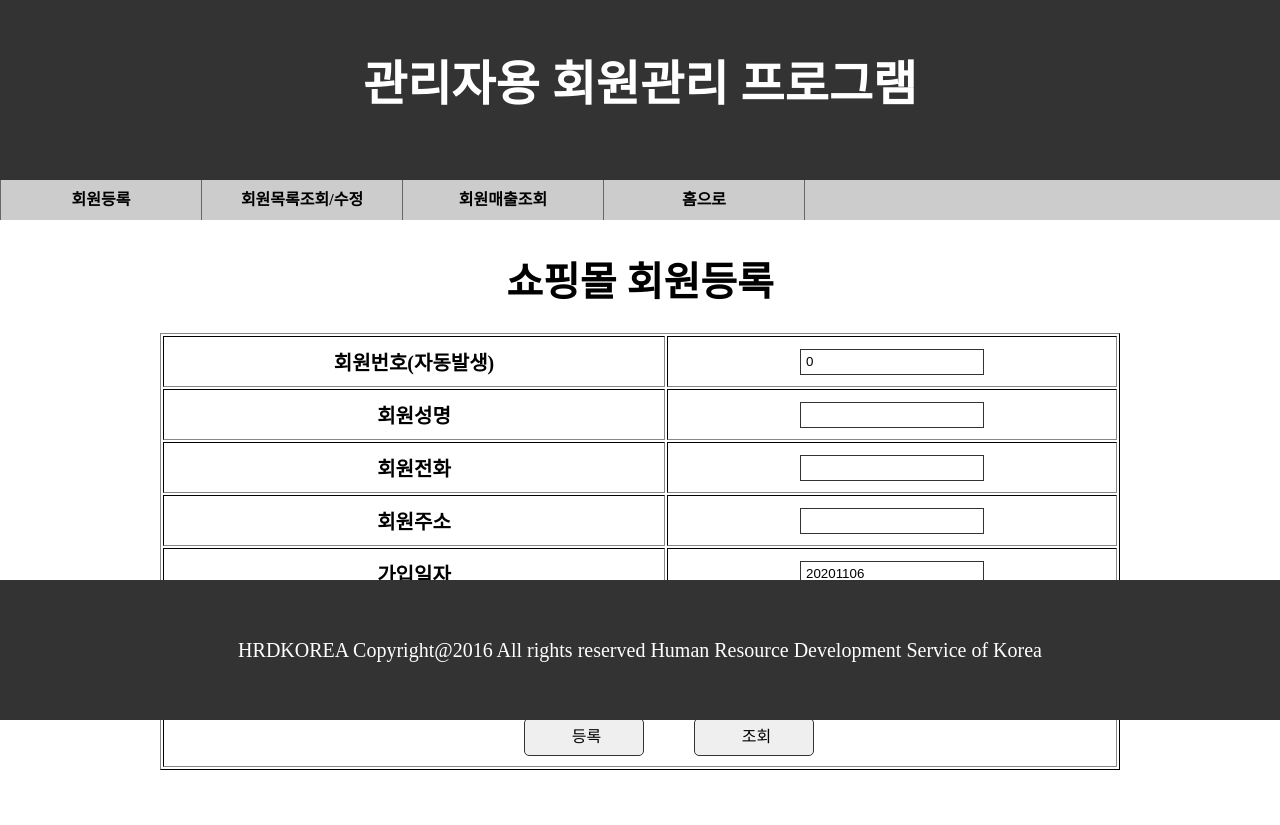
Repository: jsky1234/NCS
Page: http://localhost/HRD_1/memberIns.jsp
An editor plug-in stored every save of this project. The page is shown before and after the next save, followed by the edit.
The browser window is 1280 px wide. The pictures show the whole page.
The page is served by Tomcat 9. Queries for data that is not in the repository find no rows.

Above is the page before, as saved 2020-11-11 11:06:00.
Console error: ReferenceError: form is not defined

### ncs1/HRD_1/WebContent/memberIns.jsp
<%@ page language="java" contentType="text/html; charset=UTF-8"
    pageEncoding="UTF-8"%>
<%@ page import="java.sql.PreparedStatement" %>
<%@ page import="java.sql.DriverManager" %>
<%@ page import="java.sql.Connection" %>
<%@ page import="java.sql.ResultSet" %>
<%@ page import="DBPKG.DBcon" %>
<%@ page import="java.util.*, java.text.*" %>
<%@ include file="admin_header.jsp" %>
<link rel="stylesheet" href="./css/table.css" />
<style>
.btn {display: block; float: left; width: 120px; line-height: 36px; text-align: center; font-size:16px; margin-right: 25px; margin-left: 25px; padding-left: -5px; border-radius: 5px ;}
.btn:first-child { margin-left: 350px;}
input, select { border: 1px solid #333; line-height: 24px; padding-left: 5px;}
</style>
<%@ include file="admin_nav.jsp" %>
<%
request.setCharacterEncoding("utf-8");

Connection conn = null;
PreparedStatement pstmt = null;
ResultSet rs;

Date date = new Date();
SimpleDateFormat simple = new SimpleDateFormat("yyyyMMdd");
String sdate = simple.format(date);

	try {
		conn = DBcon.getConnection();
		String sql = "SELECT * FROM member_tbl_02 ORDER BY custno DESC";
		pstmt = conn.prepareStatement(sql);
		rs = pstmt.executeQuery();

		int i = 0, num = 0;
		while(rs.next()) {
			num = rs.getInt("custno");
			i++;
			num++;
			if(i > 0) break;
		}
%>
<main class="content">
	<section class="page" id="page1">
		<h2 class="page_tit">쇼핑몰 회원등록</h2>
		<div class="main_help">
			<form name="register1" id="register1" action="memberInsPro.jsp" method="get">
				<table class="tb" border="1">
					<tbody>
						<tr>
							<th><label for="custno">회원번호(자동발생)</label></th>
							<td><input type="text" name="custno" id="custno" value="<%=num%>" /></td>
						</tr>
						<tr>
							<th><label for="custname">회원성명</label></th>
							<td><input type="text" name="custname" id="custname" /></td>
						</tr>
						<tr>
							<th><label for="phone">회원전화</label></th>
							<td><input type="text" name="phone" id="phone" /></td>
						</tr>
						<tr>
							<th><label for="address">회원주소</label></th>
							<td><input type="text" name="address" id="address" /></td>
						</tr>
						<tr>
							<th><label for="joindate">가입일자</label></th>
							<td><input type="text" name="joindate" id="joindate" value="<%=sdate%>" /></td>
						</tr>
						<tr>
							<th><label for="grade">고객등급(A:VIP, B:일반, C:직원)</label></th>
							<td>
								<select name="grade" id="grade">
									<option value="">선택안함</option>
									<option value="A">A</option>
									<option value="B">B</option>
									<option value="C">C</option>
								</select>
							</td>
						</tr>
						<tr>
							<th><label for="city">도시코드</label></th>
							<td><input type="text" name="city" id="city" /></td>
						</tr>
						<td colspan="2">
							<input class="btn" type="button" id="submit_btn" value="등록" />
							<input class="btn" type="button" id="search_btn" value="조회" />
						</td>
					</tbody>
				</table>
			</form>
			<script>
			var submit_btn = document.getElementById("submit_btn");
			var search_btn = document.getElementById("search_btn");
			var custname = form.custname
			var phone = form.address
			var grade = form.grade
			var city = form.city

			submit_btn.addEventListener("click", function(e){
				if(custname.value == "") {
					alert("회원성명이 입력되지 않았습니다.");
					custname.focus();
					return;
				}
				if(phone.value == "") {
					alert("전화번호가 입력되지 않았습니다.");
					phone.focus();
					return;
				}
				if(address.value == "") {
					alert("회원주소가 입력되지 않았습니다.");
					address.focus();
					return;
				}
				if(grade.value == "") {
					alert("회원등급이 선택되지 않았습니다.");
					grade.focus();
					return;
				}
				if(city.value == "") {
					alert("도시코드가 입력되지 않았습니다.");
					city.focus();
					return;
				}
				if(custname.value != "" && phone.value != "" && address.value != "" && grade.value != "" && city.value != "") {
					form.submit();
				}
			});

			search_btn.addEventListener("click", function(){
				location.href = memberSearch.jsp
			});
			</script>
		</div>
	</section>
</main>
<%
	} catch(Exception e) {
		System.out.println("ProductBean error : "+e);
	} finally {
		try {
			if(pstmt != null) pstmt.close();
			if(conn != null) conn.close();
		} catch(Exception e) {
			//핸들 에러 프린트
			System.out.println("DB Close error : "+e);
		}
	}
%>
<%@ include file="admin_footer.jsp" %>

### ncs1/HRD_1/WebContent/admin_header.jsp
<%@ page language="java" contentType="text/html; charset=UTF-8"
    pageEncoding="UTF-8"%>
<!DOCTYPE html>
<html>
<head>
<meta charset="UTF-8">
<link rel="stylesheet" href="./css/main.css" />
<title>관리자 모드</title>
</head>
<body>
<header class="hd">
	<h2 class="tit">관리자용 회원관리 프로그램</h2>
</header>

### ncs1/HRD_1/WebContent/admin_nav.jsp
<%@ page language="java" contentType="text/html; charset=UTF-8"
    pageEncoding="UTF-8"%>
<nav class="gnb">
	<ul>
		<li><a href="memberIns.jsp">회원등록</a></li>
		<li><a href="memberList.jsp">회원목록조회/수정</a></li>
		<li><a href="memberSearch.jsp">회원매출조회</a></li>
		<li><a href="admin.jsp">홈으로</a></li>
	</ul>
</nav>

### ncs1/HRD_1/WebContent/admin_footer.jsp
<%@ page language="java" contentType="text/html; charset=UTF-8"
    pageEncoding="UTF-8"%>
<footer class="ft">
	<div class="ft_wrap">
		<div class="admin_copy">
			<p class="copyright">HRDKOREA Copyright@2016 All rights reserved Human Resource Development Service of Korea</p>
		</div>
	</div>
</footer>
</body>
</html>

### ncs1/HRD_1/src/DBPKG/DBcon.java
package DBPKG;

import java.sql.Connection;
import java.sql.DriverManager;
import java.sql.SQLException;

public class DBcon {
	public static Connection getConnection() throws Exception{
		Class.forName("oracle.jdbc.OracleDriver");
		Connection con = DriverManager.getConnection("jdbc:oracle:thin:@//localhost:1521/xe", "system", "1234");
		return con;
	}
}

### ncs1/HRD_1/WebContent/css/main.css
@charset "UTF-8";

* { margin: 0; padding: 0; }
body, html { width: 100%; height: 100%; }
ul { list-style : none; }
a { text-decoration: none; }
button, label, input { outline: 0; border: 0;  }
img { border: 0; }
ol { padding: 30px; }

.hd { clear: both; min-height: 180px; background-color: #333; }
.tit { font-size: 48px; text-align: center; line-height: 140px; color: #fff; padding-top: 15px;}
.gnb { clear: both; height: 40px; background-color: #cccccc; }
.gnb li { float: left; min-width: 120px; width: auto; }
.gnb a { display:block; text-align: center; line-height: 40px; width: 200px; height: 40px; color: #000000; font-weight: 700; border-left: 1px solid #666666; }
.gnb li:last-child { border-right: 1px solid #666666; }

.page { clear: both; padding: 30px 0 30px 0; }
.page_tit { text-align: center; font-size: 40px; }
.item_tit1 { font-size: 24px; margin-top: 30px; }
.item_tit2 { font-size: 18px; margin-top: 40px;}

.ft { clear: both; position: absolute;  width: 100%; bottom: 0; min-height:80px; height: 140px; background-color: #333; }
.copyright { color: #fff; font-size: 20px; text-align: center; margin-top: 20px; line-height: 100px;}

### ncs1/HRD_1/WebContent/css/table.css
@charset "UTF-8";

.main_help { width: 960px; margin: 25px auto; font-size: 20px; }
.main_help ol { padding-top: 5px; }
.tb { display: table; border: 1; border-color: #333; width: 960px; text-align: center;}
.tb tr { display: table-row; }
.tb td, .tb th { display: table-cell; padding: 10px; }
.tb th { width: 480px; }
.tb td { font-size: 14px;}

After the next save:
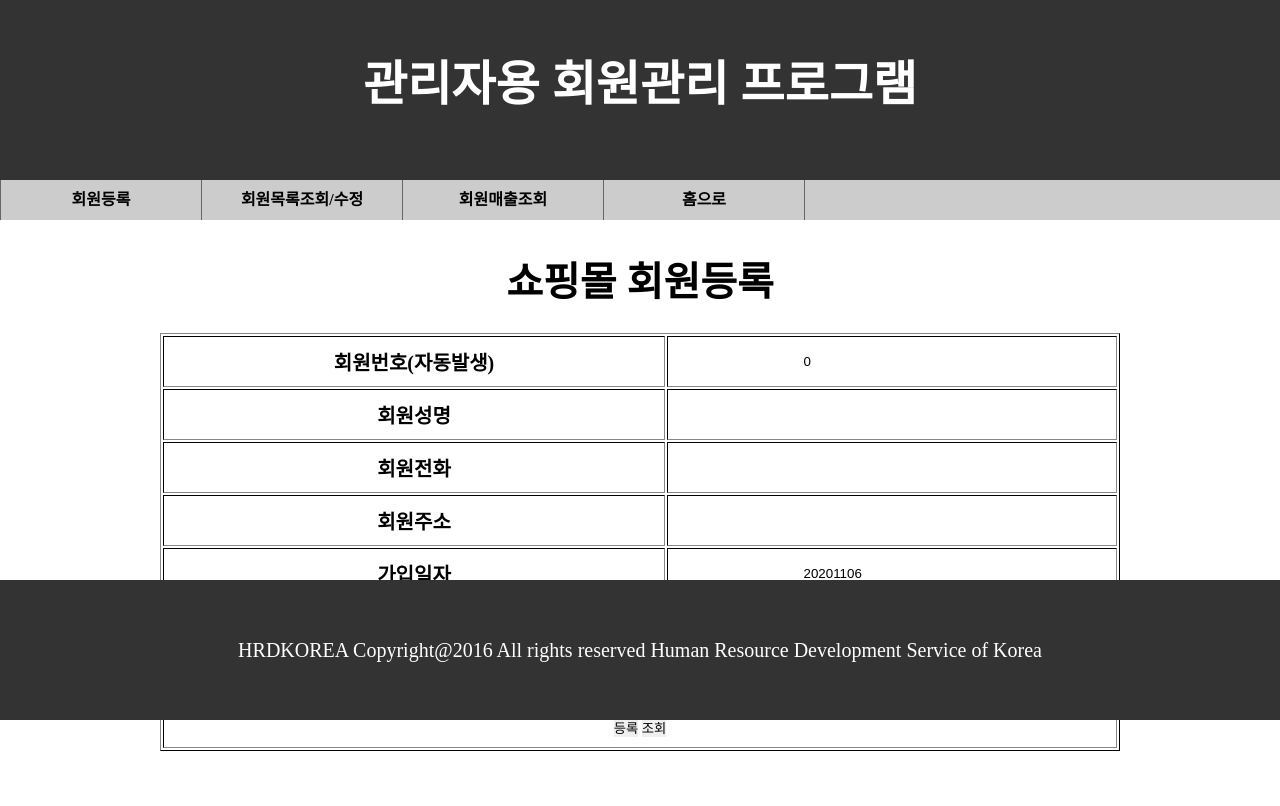
The error is gone.
Saved 14 s later.
--- a/ncs1/HRD_1/WebContent/memberIns.jsp
+++ b/ncs1/HRD_1/WebContent/memberIns.jsp
@@ -9,9 +9,7 @@
 <%@ include file="admin_header.jsp" %>
 <link rel="stylesheet" href="./css/table.css" />
 <style>
-.btn {display: block; float: left; width: 120px; line-height: 36px; text-align: center; font-size:16px; margin-right: 25px; margin-left: 25px; padding-left: -5px; border-radius: 5px ;}
-.btn:first-child { margin-left: 350px;}
-input, select { border: 1px solid #333; line-height: 24px; padding-left: 5px;}
+
 </style>
 <%@ include file="admin_nav.jsp" %>
 <%
@@ -89,10 +87,12 @@ String sdate = simple.format(date);
 				</table>
 			</form>
 			<script>
+			var form = document.register1
 			var submit_btn = document.getElementById("submit_btn");
 			var search_btn = document.getElementById("search_btn");
 			var custname = form.custname
-			var phone = form.address
+			var phone = form.phone
+			var address = form.address
 			var grade = form.grade
 			var city = form.city
 
@@ -128,7 +128,7 @@ String sdate = simple.format(date);
 			});
 
 			search_btn.addEventListener("click", function(){
-				location.href = memberSearch.jsp
+				location.href = "memberList.jsp"
 			});
 			</script>
 		</div>
